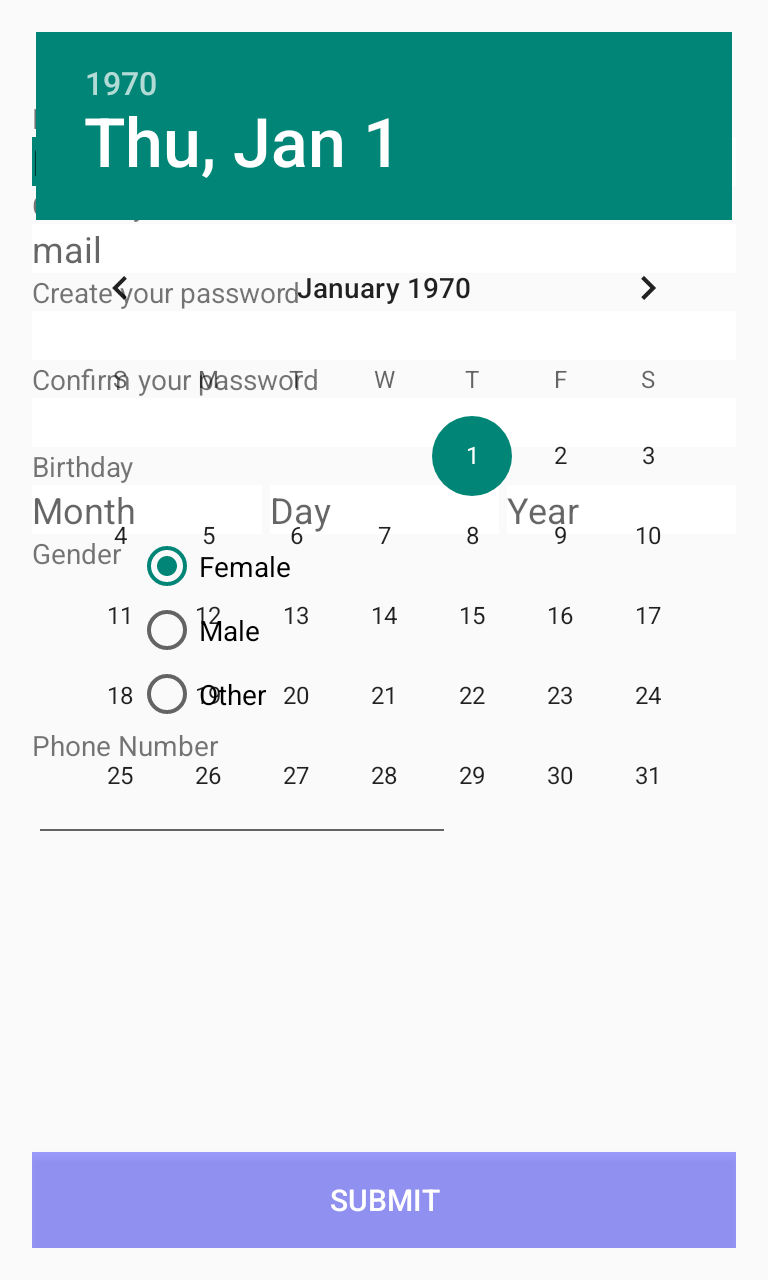
Repository: HarithaAmmuHari/Database
Layout: RegisterUsingSP/res/layout/activity_register.xml
The author's editor kept a copy of each file at every save. The layout is drawn from the files as they stood at one save, then again after the next save.
It is drawn on a 768 x 1280 px phone screen (xhdpi) without system bars, with theme AppTheme; the app's code is not run.

Above is the layout before, as saved 2015-04-14 10:07:38.

### RegisterUsingSP/res/layout/activity_register.xml
<RelativeLayout xmlns:android="http://schemas.android.com/apk/res/android"
    xmlns:tools="http://schemas.android.com/tools"
    android:layout_width="match_parent"
    android:layout_height="match_parent"
    android:padding="16dp"
    tools:context="com.example.database.LoginActivity" >

    <ScrollView
        android:layout_width="match_parent"
        android:layout_height="wrap_content"
        android:layout_above="@+id/button1"
        android:layout_alignParentTop="true" >

        <RelativeLayout
            android:layout_width="match_parent"
            android:layout_height="match_parent" >

            <TextView
                android:id="@+id/textView1"
                android:layout_width="wrap_content"
                android:layout_height="wrap_content"
                android:layout_centerHorizontal="true"
                android:text="Registration"
                android:textColor="#80ff0110"
                android:textSize="25sp" />

            <TextView
                android:id="@+id/textView2"
                android:layout_width="wrap_content"
                android:layout_height="wrap_content"
                android:layout_below="@+id/textView1"
                android:text="Name" />

            <LinearLayout
                android:id="@+id/linearLayout1"
                android:layout_width="match_parent"
                android:layout_height="wrap_content"
                android:layout_below="@+id/textView2"
                android:orientation="horizontal"
                android:weightSum="2.0" >

                <EditText
                    android:id="@+id/editText1"
                    android:layout_width="wrap_content"
                    android:layout_height="wrap_content"
                    android:layout_marginRight="2dp"
                    android:layout_weight="1"
                    android:background="#fff"
                    android:ems="10"
                    android:hint="First" >

                    <requestFocus />
                </EditText>

                <EditText
                    android:id="@+id/editText2"
                    android:layout_width="wrap_content"
                    android:layout_height="wrap_content"
                    android:layout_marginLeft="2dp"
                    android:layout_weight="1"
                    android:background="#fff"
                    android:ems="10"
                    android:hint="Last" />
            </LinearLayout>

            <TextView
                android:id="@+id/textView3"
                android:layout_width="match_parent"
                android:layout_height="wrap_content"
                android:layout_below="@+id/linearLayout1"
                android:text="Choose your username" />

            <EditText
                android:id="@+id/editText3"
                android:layout_width="match_parent"
                android:layout_height="wrap_content"
                android:layout_below="@+id/textView3"
                android:background="#fff"
                android:ems="10"
                android:hint="mail"
                android:inputType="textEmailAddress" />

            <TextView
                android:id="@+id/textView4"
                android:layout_width="match_parent"
                android:layout_height="wrap_content"
                android:layout_below="@+id/editText3"
                android:text="Create your password" />

            <EditText
                android:id="@+id/editText4"
                android:layout_width="match_parent"
                android:layout_height="wrap_content"
                android:layout_below="@+id/textView4"
                android:background="#fff"
                android:ems="10"
                android:inputType="textPassword" />

            <TextView
                android:id="@+id/textView5"
                android:layout_width="match_parent"
                android:layout_height="wrap_content"
                android:layout_below="@+id/editText4"
                android:text="Confirm your password" />

            <EditText
                android:id="@+id/editText5"
                android:layout_width="match_parent"
                android:layout_height="wrap_content"
                android:layout_below="@+id/textView5"
                android:background="#fff"
                android:ems="10"
                android:inputType="textPassword" />

            <TextView
                android:id="@+id/textView6"
                android:layout_width="match_parent"
                android:layout_height="wrap_content"
                android:layout_below="@+id/editText5"
                android:text="Birthday" />

            <LinearLayout
                android:id="@+id/linearLayout2"
                android:layout_width="match_parent"
                android:layout_height="wrap_content"
                android:layout_below="@+id/textView6"
                android:orientation="horizontal"
                android:weightSum="3.0" >

                <EditText
                    android:id="@+id/editText6"
                    android:layout_width="wrap_content"
                    android:layout_height="wrap_content"
                    android:layout_marginRight="4dp"
                    android:layout_weight="1"
                    android:background="#fff"
                    android:ems="10"
                    android:hint="Month" />

                <EditText
                    android:id="@+id/editText7"
                    android:layout_width="wrap_content"
                    android:layout_height="wrap_content"
                    android:layout_marginRight="4dp"
                    android:layout_weight="1"
                    android:background="#fff"
                    android:ems="10"
                    android:hint="Day"
                    android:inputType="number" />

                <EditText
                    android:id="@+id/editText8"
                    android:layout_width="wrap_content"
                    android:layout_height="wrap_content"
                    android:layout_weight="1"
                    android:background="#fff"
                    android:ems="10"
                    android:hint="Year"
                    android:inputType="number" />
            </LinearLayout>

            <TextView
                android:id="@+id/textView8"
                android:layout_width="match_parent"
                android:layout_height="wrap_content"
                android:layout_below="@+id/radioGroup1"
                android:text="Phone Number" />

          <EditText
                android:id="@+id/editText10"
                android:layout_width="wrap_content"
                android:layout_height="wrap_content"
                android:layout_below="@+id/textView8"
                android:ems="10" />
            <TextView
                android:id="@+id/textView7"
                android:layout_width="match_parent"
                android:layout_height="wrap_content"
                android:layout_below="@+id/linearLayout2"
                android:text="Gender" />

            <RadioGroup
                android:id="@+id/radioGroup1"
                android:layout_width="wrap_content"
                android:layout_height="wrap_content"
                android:layout_alignTop="@+id/textView7"
                android:layout_marginLeft="14dp"
                android:layout_toRightOf="@+id/textView2" >

                <RadioButton
                    android:id="@+id/radio0"
                    android:layout_width="wrap_content"
                    android:layout_height="wrap_content"
                    android:checked="true"
                    android:text="Female" />

                <RadioButton
                    android:id="@+id/radio1"
                    android:layout_width="wrap_content"
                    android:layout_height="wrap_content"
                    android:text="Male" />

                <RadioButton
                    android:id="@+id/radio2"
                    android:layout_width="wrap_content"
                    android:layout_height="wrap_content"
                    android:text="Other" />
            </RadioGroup>

            <DatePicker
                android:id="@+id/datePicker1"
                android:layout_width="wrap_content"
                android:layout_height="wrap_content"
                android:layout_below="@+id/editText9"
                android:layout_centerHorizontal="true"
                android:calendarViewShown="false" />



        </RelativeLayout>
    </ScrollView>

    <Button
        android:id="@+id/button1"
        android:layout_width="match_parent"
        android:layout_height="wrap_content"
        android:layout_alignParentBottom="true"
        android:layout_marginTop="10dp"
        android:background="#600000ff"
        android:onClick="submitRegister"
        android:text="Submit"
        android:textColor="#fff"
        android:textSize="15sp" />

</RelativeLayout>

Loaded but not shown: RegisterUsingSP/res/values/styles.xml (common file); RegisterUsingSP/res/values-v11/styles.xml (common file); RegisterUsingSP/res/values-v14/styles.xml (common file)

After the next save:
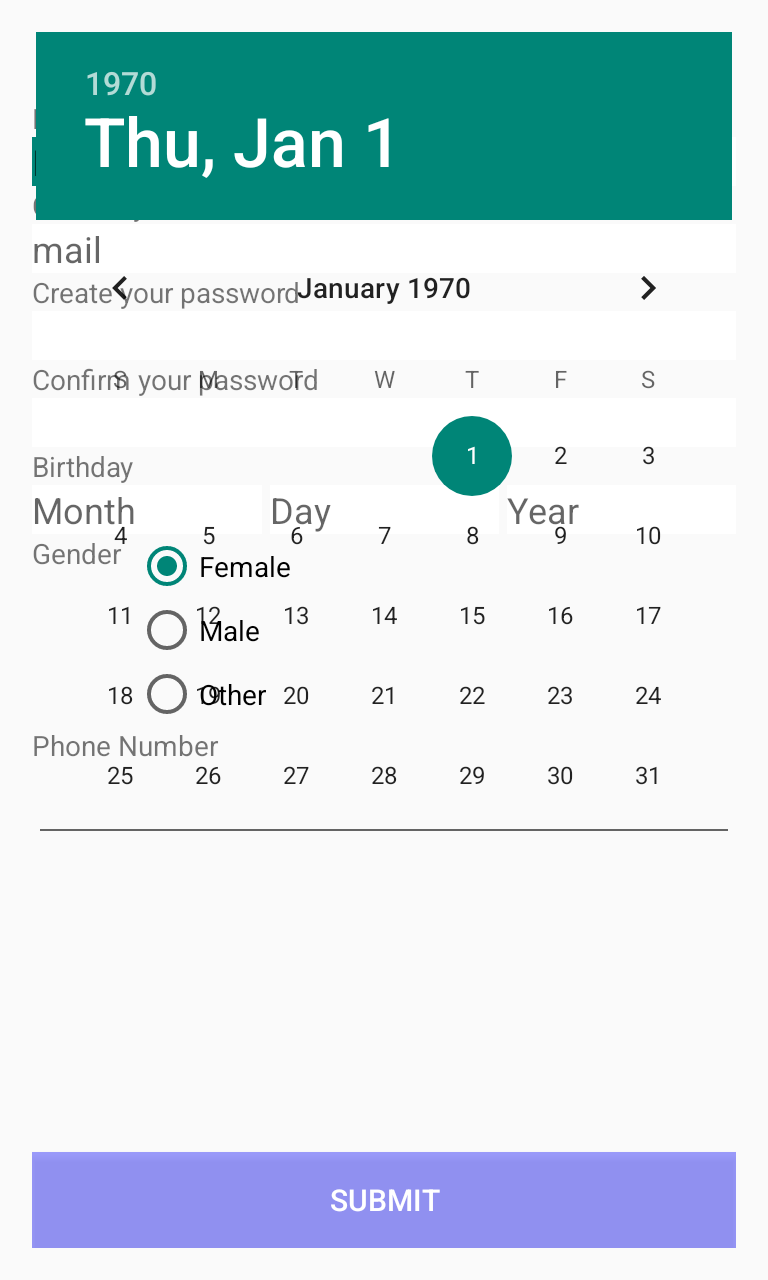
Saved 64 s later.
--- a/RegisterUsingSP/res/layout/activity_register.xml
+++ b/RegisterUsingSP/res/layout/activity_register.xml
@@ -168,7 +168,7 @@
 
           <EditText
                 android:id="@+id/editText10"
-                android:layout_width="wrap_content"
+                android:layout_width="match_parent"
                 android:layout_height="wrap_content"
                 android:layout_below="@+id/textView8"
                 android:ems="10" />
